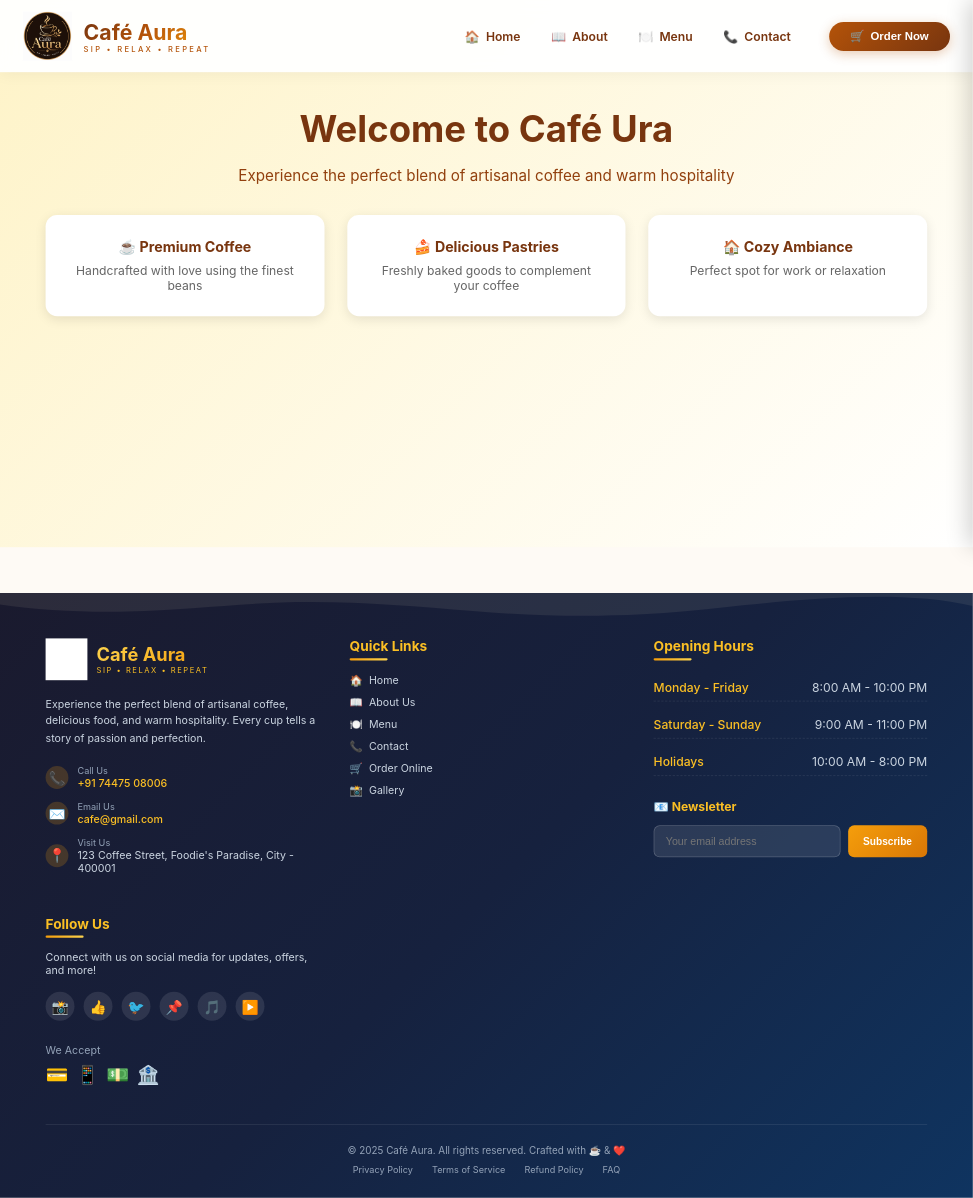
Repository: Asmita-30/Cafe
Page: / (app in cafe/)
An editor plug-in stored every save of this project. The page is shown before and after the next save, followed by the edit.
The browser window is 1280 px wide. The pictures show the whole page, at 76% of full size.
The project was rebuilt for these pictures with package versions that can differ from the ones it lists, and the page was loaded fresh each time. Also part of the build but not shown: cafe/vite.config.js.

Above is the page before, as saved 2026-05-23 13:59:37.

After the next save:
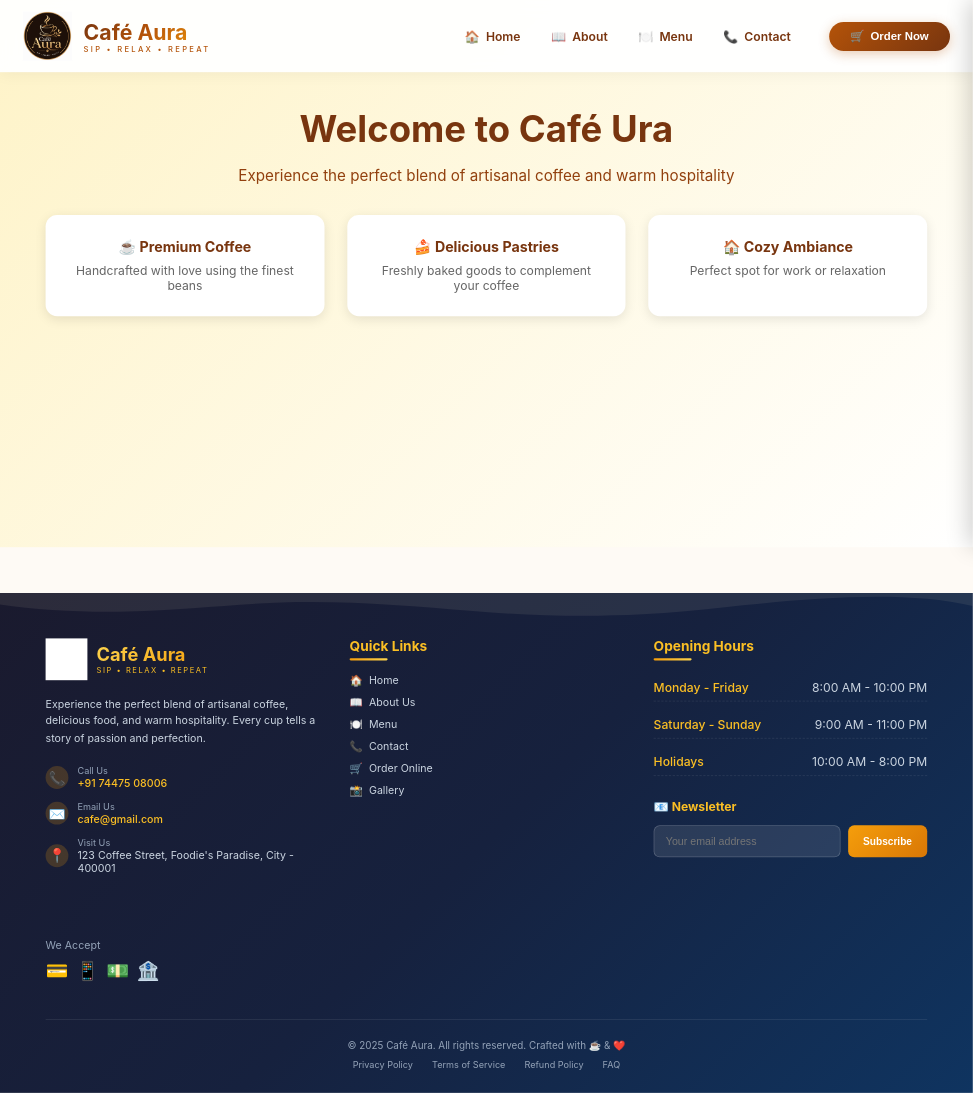
Saved 77 s later.
--- a/cafe/src/components/footer.jsx
+++ b/cafe/src/components/footer.jsx
@@ -406,7 +406,7 @@ const Footer = () => {
 
           {/* Follow Us */}
           <div>
-            <div style={styles.sectionTitle}>
+            {/* <div style={styles.sectionTitle}>
               Follow Us
               <div style={styles.sectionUnderline}></div>
             </div>
@@ -440,7 +440,7 @@ const Footer = () => {
                   {social.icon}
                 </a>
               ))}
-            </div>
+            </div> */}
 
             {/* Payment Methods */}
             <div style={{ marginTop: '30px' }}>
